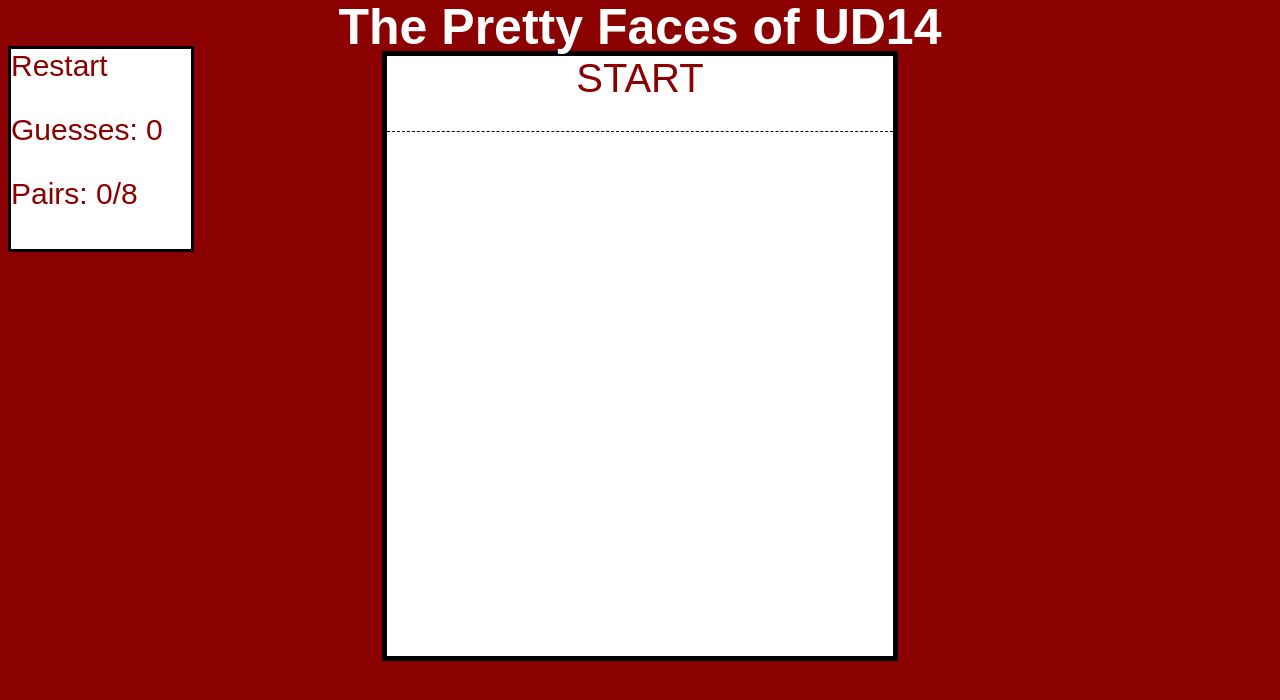
Repository: fr222cy/1dv403-JavaScript-L01
Page: 3-gameon/memory/index.html
The author's editor kept a record of every edit. The page is drawn from the files as they stood at one moment, then again after the next edit.
The browser window is 1280 px wide. The pictures show the whole page.

Above is the page before.
Console error: SyntaxError: missing ) after argument list

### 3-gameon/memory/index.html
<!DOCTYPE html>
<html>
<head>
    <title>Memory</title>
    <link rel="stylesheet" href="style.css">
    <script src="script/random.js"></script>
    <script src="script/memory.js"></script>
</head>
<body>
    <h1>The Pretty Faces of UD14</h1>
   <div id="counterWindow">
   <a id="restart">Restart</a>
   <p id="counter">Guesses: 0</p>
   <p id="pairs">Pairs: 0/8</p>


   </div>


   <div id="gameBox">
   <a id="start" href="">START</a>
   <div id="theGame">

   </div>
   </div>
</body>
</html>

### 3-gameon/memory/style.css
body
{
background-color:darkRed;
}

#gameBox
{
    background-color:white;
    margin-left:auto;
    margin-right:auto;
    margin-top:5px;
    width:506px;
    height:600px;
    text-align:center;
    border:5px solid black;

}
#theGame
{
    margin-top:30px;
    border-top:1px dashed black;
}

#start
{

    font-family:Arial, Helvetica, sans-serif;
    font-size:40px;
    text-decoration:none;
    color:darkRed;
}
#counterWindow
{
    float:left;
    color:darkRed;
    font-family:Arial, Helvetica, sans-serif;
    font-size:30px;
    height:200px;
    width:180px;
    border: 3px solid black;
    background-color:white;
}
#counterWindow p
{

}
h1
{
    text-align:center;
    font-size:50px;
    font-family:Arial, Helvetica, sans-serif;
    color:white;
    margin-top:-10px;
    margin-bottom:-10px;
}
td
{
    border:1px solid black;
}

a
{
    display:block;
}
#restart
{
    cursor:pointer;
}

### 3-gameon/memory/script/random.js
var RandomGenerator = {

	/*
		Denna metod tar antalet rader och columner som inparameter.

		Metoden returnerar en array inneh�llandes utslumpade tal mellan 1 och (rows*cols)/2. Varje tal representeras tv�
		g�nger och motsvarar s�ledes en spelbricka.

		I en 4*4 matris kan Arrayen t.ex. se ut s� h�r:
		[1,2,6,8,6,2,5,3,1,3,7,5,8,4,4,7]

		I en 2*4 matris kan Arrayen t.ex. se ut s� h�r:
		[3,4,4,1,2,1,2,3]
	*/

	getPictureArray: function(rows, cols)
	{
		var numberOfImages = rows*cols;
		var maxImageNumber = numberOfImages/2;

	   	var imgPlace = [];

	   //Utplacering av bilder i Array
	   for(var i=0; i<numberOfImages; i++)
		  imgPlace[i] = 0;

		for(var currentImageNumber=1; currentImageNumber<=maxImageNumber; currentImageNumber++)
		{
			var imageOneOK = false;
			var imageTwoOK = false;

			do
			{
				if(imageOneOK == false)
				{
					var randomOne = Math.floor( (Math.random() * (rows*cols-0) + 0) );

					if( imgPlace[randomOne] == 0 )
					{
						imgPlace[randomOne] = currentImageNumber;
						imageOneOK = true;
					}
				}

				if(imageTwoOK == false)
				{
					var randomTwo = Math.floor( (Math.random() * (rows*cols-0) + 0) );

					if( imgPlace[randomTwo] == 0 )
					{
						imgPlace[randomTwo] = currentImageNumber;
						imageTwoOK = true;
					}
				}
			}
			while(imageOneOK == false || imageTwoOK == false);
		}

		return imgPlace;
	}
}

### 3-gameon/memory/script/memory.js
"use strict"

window.onload = function() {

    var StartGame = document.getElementById("start");
    var rows = 4;
    var columns = 4;
    var myObj = {};
    var box = document.getElementById("gameBox");
    var counter = document.getElementById("counter");
    var counterWindow = document.getElementById("counterWindow");
    var gameArea = document.getElementById("theGame");
    var restart = document.getElementById("restart");
    var pairs = document.getElementById("pairs");
    var count = 0;
    var element = 0;
    var flips = 0;
    var last = null;
    var pair = 0;
    var preventCheating = true;
    var victoryScore = 8;


    StartGame.addEventListener("click", function(e) {
        e.preventDefault();
        myObj = new RandomGenerator.getPictureArray(rows, columns);
        StartGame.innerHTML ="";
        createGame();

    });

    restart.addEventListener("click", function(e) {
        e.preventDefault();
        location.reload();
    }

    var createGame = function() {

        //Rensar spelbrädet och gissningarna.
        gameArea.innerHTML = "";


        // Loopar ut rows och skapar ett table.
        for (var i = 0; i < rows; i++) {
            var table = document.createElement("table");
            var tr = document.createElement("tr");

            table.appendChild(tr);

            //Loopar ut columns.
            //Skapar td, a och image tag.
            for (var j = 0; j < columns; j++) {
                var td = document.createElement("td");
                var showSecret = document.createElement("img");
                var aTag = document.createElement("a");

                aTag.href = "#";
                showSecret.src = "pics/0.png";
                showSecret.className = "pics/" + myObj[element] + ".jpg";
                aTag.img = showSecret;


                element++;
                aTag.addEventListener("click", guess)

                aTag.appendChild(showSecret);
                td.appendChild(aTag);
                tr.appendChild(td);


            }

            gameArea.appendChild(table);
            box.appendChild(gameArea);

        }
    };
    //En gissning.
    var guess = function(e)
    {
        e.preventDefault();

        if(preventCheating === true)
        {
        this.img.src = this.img.className;


        ++flips;
        if (flips === 2)
        {

            preventCheating = false;
            var current = this;
            last.addEventListener("click", guess);
            flips = 0;
            addGuess();


            if (current.img.className === last.img.className)
            {

                 console.log("ett par");
                 current.removeEventListener("click", guess)
                 last.removeEventListener("click", guess)
                pair++;
                pairs.innerHTML = "Pairs: "+pair+"/8";
                preventCheating = true;
                if (pair === victoryScore)
                {
                    alert("Grattis du har vunnit!")

                }

            }

            else
            {

                setTimeout(function()
                {
                    console.log(current);
                    console.log(last);
                    current.img.src = "pics/0.png";
                    last.img.src = "pics/0.png";
                    preventCheating = true;
                }, 500);

            }

        }
        else
        {
            last = this;
            last.removeEventListener("click", guess)
        }
    }
    }



    //Räknar gissningar.
    var addGuess = function() {
        count++;
        counter.innerHTML = "Guesses: " + count;
        counterWindow.appendChild(counter);
    }



};

After the next edit:
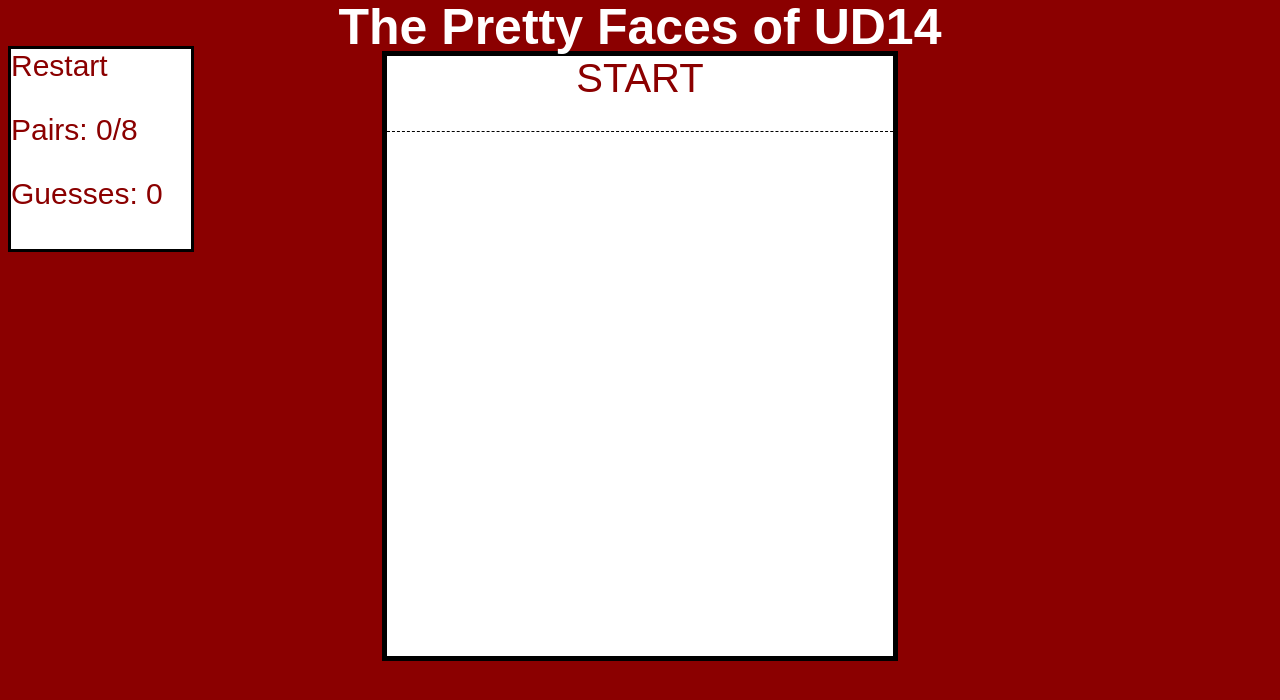
The edit:
--- a/3-gameon/memory/index.html
+++ b/3-gameon/memory/index.html
@@ -1,27 +1,31 @@
 <!DOCTYPE html>
 <html>
+
 <head>
     <title>Memory</title>
     <link rel="stylesheet" href="style.css">
     <script src="script/random.js"></script>
     <script src="script/memory.js"></script>
 </head>
+
 <body>
     <h1>The Pretty Faces of UD14</h1>
-   <div id="counterWindow">
-   <a id="restart">Restart</a>
-   <p id="counter">Guesses: 0</p>
-   <p id="pairs">Pairs: 0/8</p>
+    <div id="counterWindow">
+        <a id="restart">Restart</a>
+        <p id="pairs">Pairs: 0/8</p>
+        <p id="counter">Guesses: 0</p>
 
 
-   </div>
+
+    </div>
 
 
-   <div id="gameBox">
-   <a id="start" href="">START</a>
-   <div id="theGame">
+    <div id="gameBox">
+        <a id="start" href="">START</a>
+        <div id="theGame">
 
-   </div>
-   </div>
+        </div>
+    </div>
 </body>
+
 </html>
